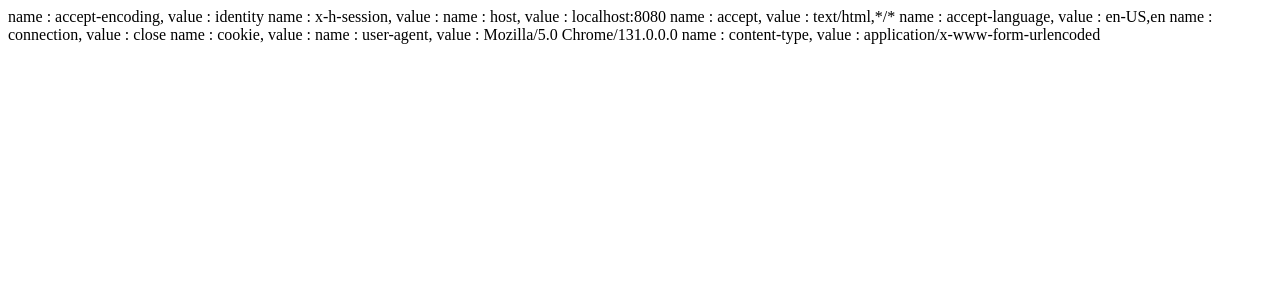
Repository: okgunyang/jsp
Page: http://localhost/practice02/02Header.jsp
An editor plug-in stored every save of this project. The page is shown before and after the next save, followed by the edit.
The browser window is 1280 px wide. The pictures show the whole page.
The page is served by Tomcat 9. Nobody is signed in. The application's start-up code is not run. Other server files are loaded and not shown.

Above is the page before, as saved 2022-11-10 01:42:58.

### practice02/WebContent/02Header.jsp
<%@ page language="java" contentType="text/html; charset=UTF-8"
    pageEncoding="UTF-8"%>
<%@ taglib prefix="c" uri="http://java.sun.com/jsp/jstl/core" %>
<%@ taglib prefix="fmt" uri="http://java.sun.com/jsp/jstl/fmt" %>
<%@ page import="java.util.*" %>
<%@ page import="java.text.*, java.net.InetAddress" %>
<%@ include file="common.jsp" %>
<!DOCTYPE html>
<html>
<head>
<meta charset="UTF-8">
<title>Header 정보 출력</title>
</head>
<body>
<%
	Enumeration e = request.getHeaderNames();	//열거형
	while(e.hasMoreElements()){
		String name = (String) e.nextElement();
		String value = (String) request.getHeader(name);
		out.println("name : "+name+", value : "+value);
	}
%>
</body>
</html>

### practice02/WebContent/common.jsp
<%@ page language="java" contentType="text/html; charset=UTF-8"
    pageEncoding="UTF-8"%>
<%
%>

After the next save:
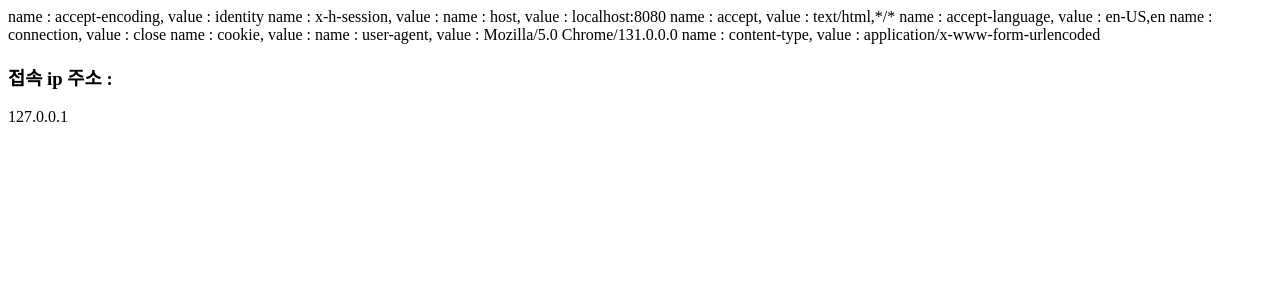
Saved 52 s later.
--- a/practice02/WebContent/02Header.jsp
+++ b/practice02/WebContent/02Header.jsp
@@ -19,6 +19,8 @@
 		String value = (String) request.getHeader(name);
 		out.println("name : "+name+", value : "+value);
 	}
+	out.println("<h3>접속 ip 주소 : </h3>"+request.getLocalAddr());
+
 %>
 </body>
 </html>
